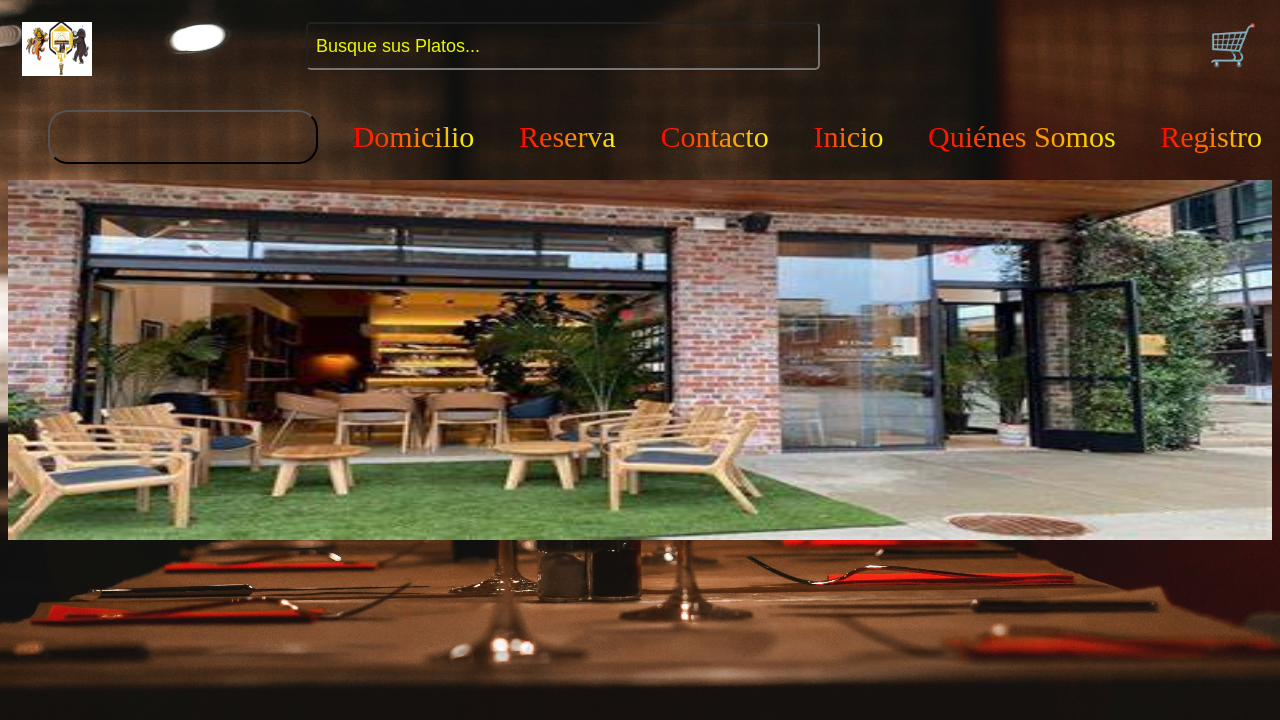
Repository: ye909/app_restaurante
Page: index.html
An editor plug-in stored every save of this project. The page is shown before and after the next save, followed by the edit.
The browser window is 1280 px wide. The pictures show the whole page.

Above is the page before, as saved 2025-01-11 23:31:23.
Console error: TypeError: Cannot read properties of null (reading 'addEventListener')

### index.html
<!DOCTYPE html>
<html lang="en">

<head>
  <meta charset="UTF-8">
  <meta name="viewport" content="width=device-width, initial-scale=1.0">
  <title>Document</title>
  <link rel="stylesheet" href="/css/menu_principal.css">
  <link rel="stylesheet" href="/css/footer.css">
  <link rel="stylesheet" href="/css/heder.css">
  <link rel="stylesheet" href="/css/modal_card.css">
  <link rel="stylesheet" href="/css/stilo.css">
  <link rel="stylesheet" href="/css/menu_navegacion.css">

</head>

<body>
  <header>
    <div class="container_header_card">
      <div class="imagen"><img src="/public/imagen/login.gif" alt=""></div>

      <input type="text" id="buscar" class="buscar" placeholder="Busque sus Platos...">
      <ul id="productList" class="productList"></ul>

      <div id="cart-btn" class="shopping">🛒</div>

  </header>



  <h1 class="bienvenida" id="bienvenida">BIENVENIDOS/A</h1>
  <nav>
    <ul><button id="menu-btn"></button>


      <li><a href="./public/templeis/domicilio.html" target="_blank">Domicilio</a></li>
      <li><a href="./public/templeis/reserva.html" target="_blank">Reserva</a></li>
      <li><a href="#contacto">Contacto</a></li>
      <li><a href="./public/templeis/login.html" target="_blank">Inicio</a></li>
      <li><a href="#somos">Quiénes Somos</a></li>
      <li><a href="./public/templeis/registro.html" target="_blank">Registro</a> </li>
    </ul>
  </nav>
 <img src="./public/imagen/rrstaurante1.jpg" alt="" class="imgRestaurante">

  <main id="menu-view" class="menu-view">
    <div class="filter-buttons">
      <button class="filter" data-region="Todos">Todos</button>
      <button class="filter" data-region="Latinoamérica">Latinoamérica</button>
      <button class="filter" data-region="Centroamérica">Centroamérica</button>
      <button class="filter" data-region="Suramérica">Suramérica</button>
    </div>
    <div id="menu-items" class="menu-items"></div>
    <div>
      <h1>aaas</h1>
    </div>
    <audio id="clickSound" src="./public/audio/mouse_btn3.mp3"></audio>
  </main>

  <!--
  <main id="cart-view" class="cart-view">
    <h2 class="carro">Carrito de Compras</h2>
    <div id="cart-items" class="cart-items"></div>
    <div class="cart-total">
      <p>Total: <span id="cart-total">$0.00</span></p>
      <button id="back-to-menu">Volver al Menú</button>
    </div>
  </main>

  <div class="container_card_persona">

    <article class="container_persona">
      <img src="./public/imagen/mona.jpg" alt=""><br><br>
      <h3>Leidi Lorena Lopez Calzado</h3>
      <p>Soy gerente tecnologico de acesdrack </p>
    </article>

    <article class="container_persona">
      <img src="./public/imagen/afro.jpg" alt=""><br><br>
      <h3>Jose ramirez lopez</h3>
      <p>Soy profecional en derecho social</p>
    </article>


    <article class="container_persona">
      <img src="./public/imagen/indigena.jpg" alt=""><br><br>
      <h3>Ana Maria Pradro Ramirez</h3>
      <p>Soy profecional en derecho social</p>
    </article>

    <article class="container_persona">
      <img src="./public/imagen/mestizo.jpg" alt=""><br><br>
      <h3>Andres Jose morra</h3>
      <p>Soy profecional en derecho social</p>
    </article>


  </div>

  <p class="text_invitacion"> Los envitamos a que descubra una explosión de sabores en cada bocado. <br>
    Tu próxima experiencia gastronómica inolvidable te espera.
  </p>
  <br> <br>

  <div class="quienes_somos" id="somos">
    <h1>Quiénes Somos</h1>
    <p>En <strong>Gostriafromix</strong>, somos un restaurante apasionado por la buena comida y el servicio de calidad.
      <br>
      Fundado con el propósito de ofrecer una experiencia gastronómica única, combinamos ingredientes frescos con
      recetas innovadoras para crear platos que deleitan el paladar. <br>
      Nuestro equipo está compuesto por chefs experimentados y personal dedicado que trabaja día a día para hacer que
      cada visita sea inolvidable.
    </p>
    <p>Nuestro objetivo es brindarte un ambiente acogedor donde puedas disfrutar de momentos especiales, ya sea con
      amigos, familiares o en una ocasión especial. Te invitamos a
      visitarnos y descubrir por qué somos el lugar preferido por los amantes de la buena comida.</p>
  </div>

  <footer>
    <div class="conataine_footer">
      <div>
        <h4>Servicio al ciudadano</h4>
        <p><span>L</span>ínea directa <br> <br> (601) 2773555</p>
        <p id="domicilio"><span>S</span>ervicios ha domicilio<br> <br>328866178 <br><br>Dirreccion calle 12# 43-23 sur
        </p>

      </div>

      <div>
        <h4>Lineas de atencion</h4>
        <p><span>E</span>n Bogotá, <br> desde fijo o celular, al <br><br>
          (601) 307 70 51 <br><br>
          01 8000 930100 <br><br>
          <span>D</span>esde celular marca <br><br>
          #961
        </p>
      </div>
      <div>
        <h4>Redes</h4>
        <div><a href=""><i class="fa-brands fa-facebook"> </i></a> Facebook</div>
        <div><a href=""><i class="fa-brands fa-twitter"></i></a>Twitter</div>
        <div><a href=""><i class="fa-brands fa-linkedin"></i> </a>Linkedin</div>
        <div><a href=""><i class="fa-brands fa-instagram"></i></a> Instagram</div>
      </div>
      <div>
        <h4 id="contacto">Contacto</h4>
        <p><span>D</span>irección Nacional<br><br>
          <span>C</span>arrera 85K No. 46A-66<br><br>
          <span>b</span>ogotá D.C., Colombia<br><br>
          <span>T</span>eléfono administrativo<br><br>
          (60)1 419 3000
        </p>
      </div>

      <div>
        <h4> Canales de atención</h4>
        <p><a href="#">Preguntas frecuentes</p></a><br>
        <p><a href="#">Escríbe tu PQRS</p></a><br>
        <p><a href="#">Nuestras sedes</p></a>
      </div>
    </div>
  </footer>
  <div class="container_final">2024 Bogota Colombia D.C</div> -->


  <script src="./js/script.js"></script>
  <script src="./js/productos.js"></script>
  <script src="./js/dinamico.js"></script>
</body>

</html>

### css/menu_principal.css
:scope{
    padding: 0%;
    margin: 0%;
    overflow: scroll;
}

html {
    scroll-behavior: smooth;
    background-image: url(../public/imagen/janos.jpg);
    background-repeat: no-repeat;
    background-size: cover;
    background-attachment: fixed;
    background-size: 100% 100%;
    height: auto;
  }

/*
  .imgRestaurante {
    width: 100%;
    height: 50vh;
  }

  .container_card_persona {
    display: flex;
    justify-content: space-around;
    align-items: center;
    flex-direction: row;
    flex-wrap: wrap;
    padding: 10px;
  }
  .container_persona {
    width: 10%;
    background: rgba(26, 25, 25, 0.6);
    border-radius: 4px;
    color: white;
    padding: 10px;
    height: auto;
    box-shadow: rgb(8, 8, 8) 1px 2px 2px 2px;
  }
  .container_persona img {
    object-fit: cover;
    width: 100%;
    margin-top: -30px;
    border-radius: 80px;
    box-shadow: rgb(8, 4, 247) 1px 1px 1px;
  }

  h3 {
    text-align: center;
    color: yellow;
  }
  .container_persona p {
    padding: 6px;
    font-size: 18px;
    list-style: 1.4;
  }

  .quienes-somos {
    width: 100%;
    text-align: center;
    background: rgba(232, 232, 157, 0.4);
  }
  .quienes-somos p {
    font-size: 30px;
    line-height: 1.4;
  }

  .text_invitacion {
    font-size: 25px;
    line-height: 1.4;
    width: 99%;
    text-align: center;
    background: rgba(232, 232, 157, 0.2);
  }
   */

### css/footer.css
.conataine_footer {
  display: flex;
  justify-content: space-between;
  flex-direction: row;
  flex-wrap: wrap;
  margin: 10px;
}

p {

  padding: 5px;
  font-size: 20px;
  font-weight: bold;
}
span {
  font-size: 25px;
}
.quienes_somos {
  background:rgba(161, 161, 59, 0.5);
}
.quienes_somos p{
  text-align: center;
font-size: 25px;
}
:is(.container_final) {
  display: flex;
  justify-content: center;
  align-items: center;
}

h4 {
  color: blue;
  font-size: 30px;
}
:is(.container_final, h4, i) {
  padding: 10px;
}
.container_final {
  background: rgba(12, 12, 12, 0.2);
  color: white;
}
.fa-facebook {
  color: rgb(5, 5, 253);
}
.fa-twitter {
  color: rgb(8, 123, 245);
}
.fa-linkedin {
  color: rgb(71, 71, 155);
}
.fa-instagram {
  color: rgb(243, 17, 17);
}
a {
  cursor: pointer;

}
footer a {
  font-size: 20px;
  color: white;
}
footer {
  background: rgba(10, 10, 10, 0.6);
  color: white;
}

### css/heder.css
.container_header_card{
    display: flex;
    justify-content: space-between;
    justify-items: center;
    flex-direction: row;
    flex-wrap: wrap;
    padding: 14px;
    }

 .productList {
     list-style-type: none;
     padding: 0;
 }

 .productList li {
     padding: 10px;
     border-bottom: 1px solid #ccc;
 }

 .productList li:last-child {
     border-bottom: none;
 }

  .container_header_card img{
    width: 70px;
}
  .shopping{
    font-size: 40px;
cursor: pointer;
}
.buscar::placeholder{
    color:rgb(232, 248, 3);
    font-size: 18px;
}

.buscar {
    width: 40%;
    height: 3.9vh;
    background:transparent;
    color:white;
    font-size: 18px;
    border-radius: 5px;
    margin-left: 20px;
}
:is(.bienvenida,
 .buscar){
     padding: 8px;
 }
 .bienvenida{
    background-image:linear-gradient(to left, rgb(4, 151, 4), rgb(248, 244, 7),  red,rgb(14, 14, 240));
    -webkit-text-fill-color:transparent;
    -webkit-background-clip: text;
    background-clip: text;
    text-align: center;


}

### css/modal_card.css
t-items{
     display: none;
}
.card {
  width: 15%;
  height: 20vh;
  padding: 10px;
  background: rgba(0, 0, 0, 0.4);
  border-radius: 10px;
}
h1{
  text-align: center;
  padding: 10px;

}
.carro{
  color:yellow;
}
.card img {
  width: 100%;
  height: 150px;
  object-fit: cover;
  border-radius: 5px;
}
.cart-view,.menu-view{
  display: none;
}
.card button {
  margin-top: 10px;
  background-color: #007bff;
  color: white;
  border: none;
  padding: 10px;
  border-radius: 5px;
  cursor: pointer;
}

.card button:hover {
  background-color: #0056b3;
}

.cart-total {
  text-align: right;
  margin: 20px;
}


.cart-total{
  font-size: 20px;
  color:blue;
}
button {
  width: 270px;
  padding: 10px;
  transition: background-color 0.3s ease, transform 0.2s ease;
  border-radius: 20px;
  background: transparent;
  color: blue;
  font-size: 18px;
}
button:hover {
  border: none;
  background: #0606f8fd;
  color: black;
  box-shadow: rgb(7, 71, 236) 2px 2px 2px, rgb(7, 71, 236) 2px 2px 2px,
    rgb(7, 71, 236) 2px 2px 2px, rgb(7, 71, 236) 2px 2px 2px;
}

### css/stilo.css


/*

    .filter-buttons {
      margin: 20px;
      text-align: center;
    }

    .filter {
      margin: 5px;
      padding: 10px 15px;
      background-color: #007bff;
      color: white;
      border: none;
      cursor: pointer;
      border-radius: 5px;
    }

    .filter:hover {
      background-color: #0056b3;
    }
    .menu-items,.cart-view{
      display: flex;
      justify-content: space-between;
      justify-content: center;
      flex-direction: row;
      flex-wrap: wrap;
      gap: 20px;
    }
     */

### css/menu_navegacion.css


ul{
display: flex;
justify-content: space-between;
text-align: center;
flex-direction: row;
flex-wrap: wrap;
}
li{
    font-size: 30px;
    list-style: none;
margin: 10px;

}
.imgRestaurante {
    width: 100%;
    height: 50vh;

  }
a{

    list-style: none;
    text-decoration: none;
    color: blue;
}
li:hover{
    transition: 1s ease , transform 1s ease;
    border-bottom: 2px solid yellow;


}
nav a{
    background-image:linear-gradient(to left, rgb(248, 244, 7),  red);
    -webkit-text-fill-color:transparent;
    -webkit-background-clip: text;
    background-clip: text;
    text-align: center;
}

### js/script.js

  let cart = [];
  let selectedRegion = "Todos";

  const menuView = document.getElementById("menu-view");
  const cartView = document.getElementById("cart-view");
  const menuItemsContainer = document.getElementById("menu-items");
  const cartItemsContainer = document.getElementById("cart-items");
  const cartTotal = document.getElementById("cart-total");

  document.querySelectorAll(".filter").forEach(button => {
    button.addEventListener("click", () => {
      selectedRegion = button.getAttribute("data-region");
      renderMenu();
    });
  });

  document.getElementById("menu-btn").addEventListener("click", () => {
    menuView.style.display = "block";
    cartView.style.display = "none";
  });

  document.getElementById("cart-btn").addEventListener("click", () => {
    menuView.style.display = "none";
    cartView.style.display = "block";
    renderCart();
  });

  document.getElementById("back-to-menu").addEventListener("click", () => {
    menuView.style.display = "block";
    cartView.style.display = "none";
  });

  function renderMenu() {
    menuItemsContainer.innerHTML = "";
    const filteredItems = selectedRegion === "Todos" ? menuItems : menuItems.filter(item => item.region === selectedRegion);
    filteredItems.forEach(item => {
      const card = document.createElement("div");
      card.className = "card";
      card.innerHTML = `
        <img src="${item.image}" alt="${item.name}">
        <h3>${item.name}</h3>
        <p>${item.description}</p>
        <p><strong>$${item.price.toFixed(2)}</strong></p>
        <button onclick="addToCart(${item.id})">Agregar</button>
      `;
      menuItemsContainer.appendChild(card);
    });
  }

  function renderCart() {
    cartItemsContainer.innerHTML = "";
    cart.forEach(item => {
      const cartItem = document.createElement("div");
      cartItem.className = "card";
      cartItem.innerHTML = `
        <h3>${item.name}</h3>
        <p>Cantidad: ${item.quantity}</p>
        <p><strong>$${(item.price * item.quantity).toFixed(2)}</strong></p>
      `;
      cartItemsContainer.appendChild(cartItem);
    });
    const total = cart.reduce((sum, item) => sum + item.price * item.quantity, 0);
    cartTotal.textContent = `$${total.toFixed(2)}`;
  }

  function addToCart(id) {
    const item = menuItems.find(item => item.id === id);
    const cartItem = cart.find(item => item.id === id);
    if (cartItem) {
      cartItem.quantity++;
    } else {
      cart.push({ ...item, quantity: 1 });
    }
  }

  renderMenu();

### js/productos.js
const menuItems = [
  { id: 1, name: "Tacos al Pastor", description: "Delicious tacos", price: 12.99, image: "https://via.placeholder.com/150", region: "Latinoamérica" },
  { id: 2, name: "Pupusas", description: "Thick griddle cakes", price: 9.99, image: "https://via.placeholder.com/150", region: "Centroamérica" },
  { id: 3, name: "Ceviche", description: "Fresh seafood", price: 15.99, image: "https://via.placeholder.com/150", region: "Suramérica" },
];


// const menuItems = [

//     {
//       id:1,
//       nombre: "Bebida caliente",
//       img: "./public/imagen/bebidas_calientes1.PNG",
//       precio: 20000,
//       descripcion1: "hecho en los mejores lugares de paris",
//       cantidad: 1,
//     },

//     {
//       id:4,
//     precio:10000,
//     nombre:"carne",
//     img:"./public/imagen/mexica1.jpg",
//       descripcion:"Los tacos son uno de los mida "
//     , descripcion1:"tanos"
//     },
//     {
//       id:5,
//       precio:100,
//       nombre:"Sancocho",
//       img:"./public/imagen/sancocho.webp",
//         descripcion:"ya no kkkkk",
//          descripcion1:"plato de casula"
//     },
//     {
//       id:6,
//       precio:30000,
//     nombre:"Lechona",
//     img:"./public/imagen/mexica2.jpg",
//       descripcion:"La lechona es un plato típico de la "
//      ,descripcion1:"plátanos rellenos"
//     },
//     {
//       id:7,
//     precio:90000,
//     nombre:"Postre",
//     img:"./public/imagen/postre2.PNG",
//       descripcion:"ya nhhjshhshao ",
//        descripcion1:"Sabor y dulsura en el plato"
//     },
//     {
//       id:8,
//     precio:10000,
//     nombre:"Coltel",
//     img:"./public/imagen/coltel.webp",
//       descripcion:"Los tacos son uno de comida "
//     , descripcion1:"tanos"
//     },

//     {
//       id:10,
//       precio:30000,
//     nombre:"Cerveza",
//     img:"./public/imagen/cervezas.webp",
//       descripcion:"La lechona es un conoce como "
//      ,descripcion1:"plátanos rellenos"
//     },
//     {
//       id:9,
//       precio:100,
//       nombre:"plátanos rellenos",
//       img:"./public/imagen/platano.PNG",
//         descripcion:"ya no kkkkk",
//          descripcion1:"Rellenos de bocadillo y queso"
//     },
//     {
//       id:10,
//       precio:30000,
//     nombre:"Jugos",
//     img:"./public/imagen/JUGOS_NATURALES.jpg",
//       descripcion:"La lechona es unente se conoce como "
//      ,descripcion1:"plátanos rellenos"
//     },
//     {
//       id:11,
//     precio:90000,
//     nombre:"Arrozanas",
//     img:"./public/imagen/mexico6.jpg",
//       descripcion:"ya nhhjshhshao ",
//        descripcion1:"plátanos rellenos"
//     },
//     {
//     id:11,
//     precio:90000,
//     nombre:"Licor",
//     img:"./public/imagen/licores.webp",
//       descripcion:"ya nhhjshhshao ",
//        descripcion1:"plátanos rellenos"
//     }
//     //    contenido:"ya no"
//   ];

### js/dinamico.js


// texto de bienvenida

setTimeout(()=>{
    const bienvenida = document.getElementById("bienvenida").remove()
    bienvenida.style.transition=" background-color 0.3s ease, transform 0.7s ease; "
},3000)


// audio de los botones
const playSound = function () {
    var audio = document.getElementById("clickSound");
    audio.play();
  }

   const menuview = document.getElementById("menu-view")
const menu_principal=document.getElementById("menu_principal").addEventListener("click",ver_menu)


// // Ejemplo de notificación (opcional)
// document.getElementById('btnboton_agregar').addEventListener('click', () => {
//     if (Notification.permission === 'granted') {
//         new Notification('¡Hola desde tu PWA!');
//     } else if (Notification.permission !== 'denied') {
//         Notification.requestPermission().then((permission) => {
//             if (permission === 'granted') {
//                 new Notification('¡Hola desde tu PWA!');
//             }
//         });
//     }
// });

After the next save:
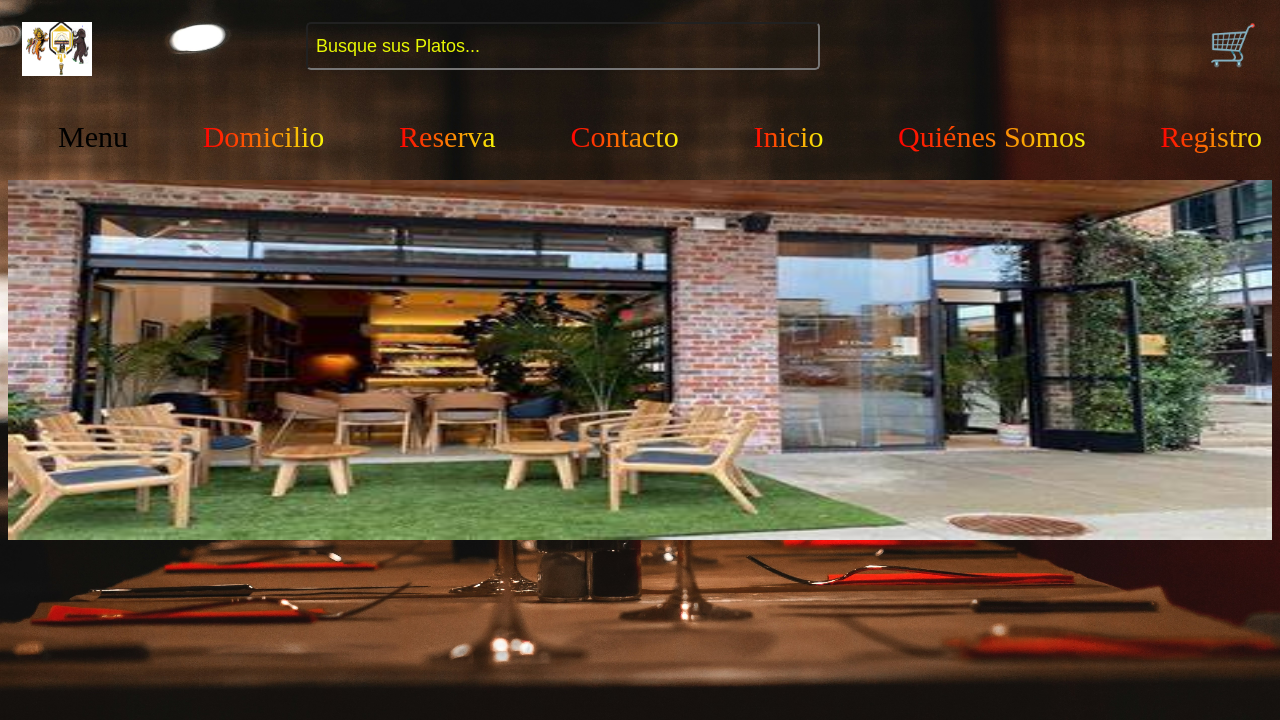
Saved 64 s later.
--- a/index.html
+++ b/index.html
@@ -30,7 +30,8 @@
 
   <h1 class="bienvenida" id="bienvenida">BIENVENIDOS/A</h1>
   <nav>
-    <ul><button id="menu-btn"></button>
+    <ul>
+      <li id="menu-btn">Menu</li>
 
 
       <li><a href="./public/templeis/domicilio.html" target="_blank">Domicilio</a></li>
